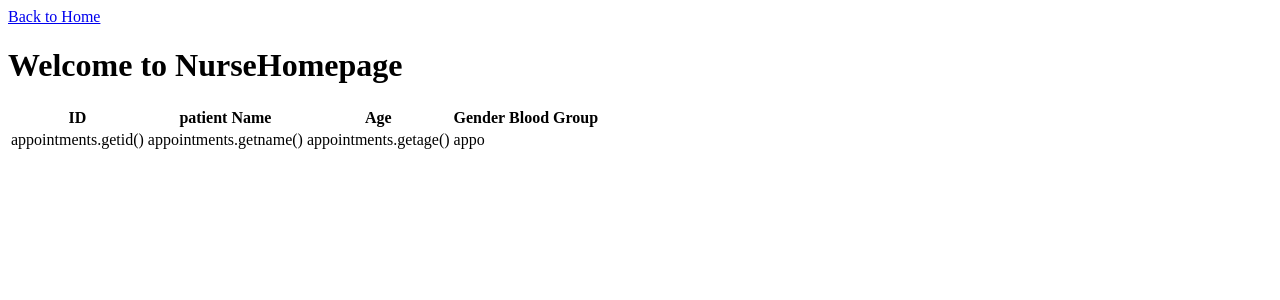
Repository: Rajasekaran0415/LifeCare-Management-System
Page: Project/nurseHompage.html
The author's editor kept a copy of each file at every save. The page is drawn from the files as they stood at one save, then again after the next save.
The browser window is 1280 px wide. The pictures show the whole page.

Above is the page before, as saved 2026-01-28 21:55:17.

After the next save:
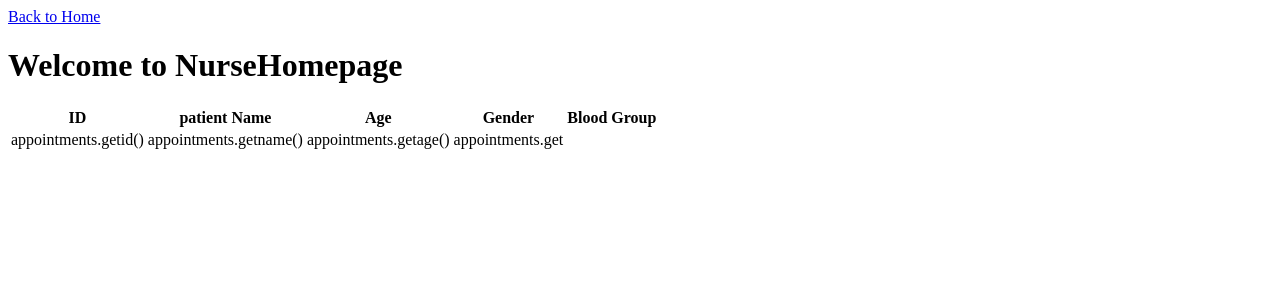
Saved 4 s later.
--- a/Project/nurseHompage.html
+++ b/Project/nurseHompage.html
@@ -26,7 +26,7 @@
                     <td>appointments.getid()</td>
                     <td>appointments.getname()</td>
                     <td>appointments.getage()</td>
-                    <td>appo</td>
+                    <td>appointments.get</td>
                 </tr>
 
             </table>
